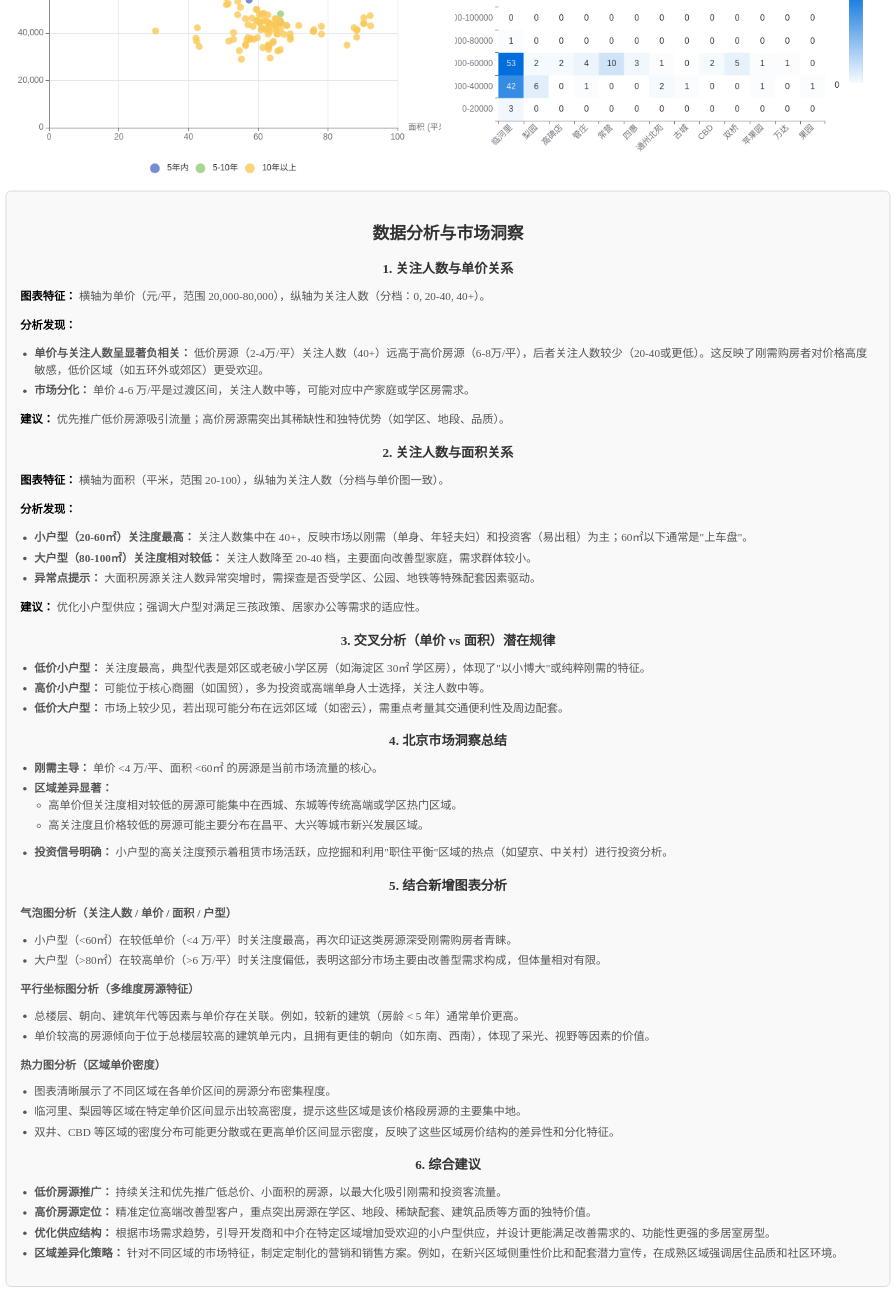
Repository: sakimi-9/DPV-SHP_BeiJing
Page: / (app in py_crawler/rendering/)
These files come from the project's save history. The page is drawn as it stood at one moment and after the next save; the edit follows.
The browser window is 1280 px wide. The pictures show the part of the page from y = 2239 to 4159 px (the page is 4097 px tall before and 4159 px after), at 70% of full size.
The project was rebuilt for these pictures with package versions that can differ from the ones it lists, and the page was loaded fresh each time. Also part of the build but not shown: py_crawler/rendering/vite.config.ts.

Above is the page before, as saved 2025-05-26 08:53:59.

### py_crawler/rendering/index.html
<!DOCTYPE html>
<html lang="en">

<head>
    <meta charset="UTF-8">
    <link rel="icon" href="/favicon.ico">
    <meta name="viewport" content="width=device-width, initial-scale=1.0">
    <title>二手房数据可视化</title>
</head>

<body>
    <div id="app"></div>
    <script type="module" src="/src/main.ts"></script>
</body>

</html>

### py_crawler/rendering/src/App.vue
<template>
  <div>
    <h1 style="text-align: center;">二手房数据可视化</h1>

    <!-- 模式切换 UI -->


    <!-- 2D 图表区域 -->
    <TwoDCharts v-if="currentMode === '2D'" :house-data="houseData" />

    <!-- 数据分析区域 -->
    <div class="data-analysis-container">
      <h2>数据分析与市场洞察</h2>

      <h3>1. 关注人数与单价关系</h3>
      <p><strong>图表特征：</strong> 横轴为单价（元/平，范围 20,000-80,000），纵轴为关注人数（分档：0, 20-40, 40+）。</p>
      <p><strong>分析发现：</strong></p>
      <ul>
        <li><strong>单价与关注人数呈显著负相关：</strong>
          低价房源（2-4万/平）关注人数（40+）远高于高价房源（6-8万/平），后者关注人数较少（20-40或更低）。这反映了刚需购房者对价格高度敏感，低价区域（如五环外或郊区）更受欢迎。</li>
        <li><strong>市场分化：</strong> 单价 4-6 万/平是过渡区间，关注人数中等，可能对应中产家庭或学区房需求。</li>
      </ul>
      <p><strong>建议：</strong> 优先推广低价房源吸引流量；高价房源需突出其稀缺性和独特优势（如学区、地段、品质）。</p>

      <h3>2. 关注人数与面积关系</h3>
      <p><strong>图表特征：</strong> 横轴为面积（平米，范围 20-100），纵轴为关注人数（分档与单价图一致）。</p>
      <p><strong>分析发现：</strong></p>
      <ul>
        <li><strong>小户型（20-60㎡）关注度最高：</strong> 关注人数集中在 40+，反映市场以刚需（单身、年轻夫妇）和投资客（易出租）为主；60㎡以下通常是"上车盘"。</li>
        <li><strong>大户型（80-100㎡）关注度相对较低：</strong> 关注人数降至 20-40 档，主要面向改善型家庭，需求群体较小。</li>
        <li><strong>异常点提示：</strong> 大面积房源关注人数异常突增时，需探查是否受学区、公园、地铁等特殊配套因素驱动。</li>
      </ul>
      <p><strong>建议：</strong> 优化小户型供应；强调大户型对满足三孩政策、居家办公等需求的适应性。</p>

      <h3>3. 交叉分析（单价 vs 面积）潜在规律</h3>
      <ul>
        <li><strong>低价小户型：</strong> 关注度最高，典型代表是郊区或老破小学区房（如海淀区 30㎡ 学区房），体现了"以小博大"或纯粹刚需的特征。</li>
        <li><strong>高价小户型：</strong> 可能位于核心商圈（如国贸），多为投资或高端单身人士选择，关注人数中等。</li>
        <li><strong>低价大户型：</strong> 市场上较少见，若出现可能分布在远郊区域（如密云），需重点考量其交通便利性及周边配套。</li>
      </ul>

      <h3>4. 北京市场洞察总结</h3>
      <ul>
        <li><strong>刚需主导：</strong> 单价 &lt;4 万/平、面积 &lt;60㎡ 的房源是当前市场流量的核心。</li>
        <li><strong>区域差异显著：</strong>
          <ul>
            <li>高单价但关注度相对较低的房源可能集中在西城、东城等传统高端或学区热门区域。</li>
            <li>高关注度且价格较低的房源可能主要分布在昌平、大兴等城市新兴发展区域。</li>
          </ul>
        </li>
        <li><strong>投资信号明确：</strong> 小户型的高关注度预示着租赁市场活跃，应挖掘和利用"职住平衡"区域的热点（如望京、中关村）进行投资分析。</li>
      </ul>

      <h3>5. 结合新增图表分析</h3>
      <h4>气泡图分析（关注人数 / 单价 / 面积 / 户型）</h4>
      <ul>
        <li>小户型（&lt;60㎡）在较低单价（&lt;4 万/平）时关注度最高，再次印证这类房源深受刚需购房者青睐。</li>
        <li>大户型（&gt;80㎡）在较高单价（&gt;6 万/平）时关注度偏低，表明这部分市场主要由改善型需求构成，但体量相对有限。</li>
      </ul>

      <h4>平行坐标图分析（多维度房源特征）</h4>
      <ul>
        <li>总楼层、朝向、建筑年代等因素与单价存在关联。例如，较新的建筑（房龄 &lt; 5 年）通常单价更高。</li>
        <li>单价较高的房源倾向于位于总楼层较高的建筑单元内，且拥有更佳的朝向（如东南、西南），体现了采光、视野等因素的价值。</li>
      </ul>

      <h4>热力图分析（区域单价密度）</h4>
      <ul>
        <li>图表清晰展示了不同区域在各单价区间的房源分布密集程度。</li>
        <li>临河里、梨园等区域在特定单价区间显示出较高密度，提示这些区域是该价格段房源的主要集中地。</li>
        <li>双井、CBD 等区域的密度分布可能更分散或在更高单价区间显示密度，反映了这些区域房价结构的差异性和分化特征。</li>
      </ul>

      <h3>6. 综合建议</h3>
      <ul>
        <li><strong>低价房源推广：</strong> 持续关注和优先推广低总价、小面积的房源，以最大化吸引刚需和投资客流量。</li>
        <li><strong>高价房源定位：</strong> 精准定位高端改善型客户，重点突出房源在学区、地段、稀缺配套、建筑品质等方面的独特价值。</li>
        <li><strong>优化供应结构：</strong> 根据市场需求趋势，引导开发商和中介在特定区域增加受欢迎的小户型供应，并设计更能满足改善需求的、功能性更强的多居室房型。</li>
        <li><strong>区域差异化策略：</strong> 针对不同区域的市场特征，制定定制化的营销和销售方案。例如，在新兴区域侧重性价比和配套潜力宣传，在成熟区域强调居住品质和社区环境。</li>
      </ul>

    </div>
  </div>
</template>

<script setup lang="ts">
import { ref, onMounted } from 'vue';

// 导入新组件
import TwoDCharts from './components/TwoDCharts.vue';

// 定义解析后的房源数据接口 (保留接口定义，添加经纬度)
interface ParsedHouse {
  房源标题: string;
  室: number | null;
  厅: number | null;
  面积: number | null; // 平米
  朝向: string | null;
  装修: string | null;
  楼层信息: string | null; // 例如 "中楼层"
  总楼层: number | null;
  建筑年份: number | null; // 例如 2012
  建筑类型: string | null; // 例如 "板塔结合"
  小区名称: string | null;
  所在区域: string | null; // 例如 "临河里"
  单价: number | null; // 元/平
  关注人数: number | null;
  发布时间: string | null; // 例如 "2个月以前发布"
  标签: string[];
  // 添加经纬度信息
  location?: { lng: number; lat: number };
}

// 数据解析函数 (修改：查找并添加经纬度)
function parseHouseData(rawData: any[]): ParsedHouse[] {
  const parsedData: ParsedHouse[] = [];

  rawData.forEach(item => {
    const parsedItem: ParsedHouse = {
      房源标题: item['房源'] || '',
      室: null,
      厅: null,
      面积: null,
      朝向: null,
      装修: null,
      楼层信息: null,
      总楼层: null,
      建筑年份: null,
      建筑类型: null,
      小区名称: null,
      所在区域: null,
      单价: null,
      关注人数: null,
      发布时间: item['关注人数和发布时间'] ? item['关注人数和发布时间'].split(' / ')[1]?.trim() || null : null,
      标签: item['标签'] ? item['标签'].split(' ').filter((tag: string) => tag.trim() !== '') : [],
    };

    const houseInfoParts = item['房子信息'] ? item['房子信息'].split(' | ').map((part: string) => part.trim()) : [];
    houseInfoParts.forEach((part: string) => {
      if (part.includes('室') && part.includes('厅')) {
        const match = part.match(/(\d+)室(\d+)厅/);
        if (match) {
          parsedItem.室 = parseInt(match[1], 10);
          parsedItem.厅 = parseInt(match[2], 10);
        }
      } else if (part.includes('平米')) {
        const match = part.match(/([\d\.]+)平米/);
        if (match) {
          parsedItem.面积 = parseFloat(match[1]);
        }
      } else if (part.includes('层') && part.includes('共')) {
        const match = part.match(/(.+)\(共(\d+)层\)/);
        if (match) {
          parsedItem.楼层信息 = match[1].trim();
          parsedItem.总楼层 = parseInt(match[2], 10);
        } else {
          const totalFloorsMatch = part.match(/(\d+)层/);
          if (totalFloorsMatch) {
            parsedItem.总楼层 = parseInt(totalFloorsMatch[1], 10);
          }
        }
      } else if (part.match(/\d{4}年/)) {
        parsedItem.建筑年份 = parseInt(part, 10);
      } else if (part === '板楼' || part === '塔楼' || part === '板塔结合') {
        parsedItem.建筑类型 = part;
      } else if (['东', '南', '西', '北', '东南', '东北', '西南', '西北'].some(dir => part.includes(dir))) {
        parsedItem.朝向 = part;
      } else if (['毛坯', '简装', '精装', '其他'].some(dec => part.includes(dec))) {
        parsedItem.装修 = part;
      }
    });

    const areaParts = item['所在区域'] ? item['所在区域'].split('  ').map((part: string) => part.trim()) : [];
    if (areaParts.length > 0) {
      parsedItem.小区名称 = areaParts[0];
      if (areaParts.length > 1) {
        parsedItem.所在区域 = areaParts[1];
      }
    }

    const priceMatch = item['单价'] ? item['单价'].replace(',', '').match(/([\d\.]+)元\/平/) : null;
    if (priceMatch) {
      parsedItem.单价 = parseFloat(priceMatch[1]);
    }

    const followTimeParts = item['关注人数和发布时间'] ? item['关注人数和发布时间'].split(' / ').map((part: string) => part.trim()) : [];
    if (followTimeParts.length > 0) {
      const followMatch = followTimeParts[0].match(/(\d+)人关注/);
      if (followMatch) {
        parsedItem.关注人数 = parseInt(followMatch[1], 10);
      }
    }

    parsedData.push(parsedItem);
  });

  return parsedData; // Return all parsed data
}

// Define a ref to store the parsed data
const houseData = ref<ParsedHouse[] | null>(null);

// 定义当前模式状态
const currentMode = ref<'2D'>('2D'); // Only 2D mode is available now

// 数据加载逻辑 (修改：先加载经纬度，再加载房源数据)
onMounted(async () => {
  try {
    const response = await fetch('/house_data.json');
    if (!response.ok) {
      throw new Error(`HTTP error! status: ${response.status}`);
    }
    const rawHouseData = await response.json();
    // 解析房源数据时传入经纬度 Map
    houseData.value = parseHouseData(rawHouseData);

    console.log('解析后的数据并存储:', houseData.value);

  } catch (error) {
    console.error('Error loading or processing data:', error);
  }
});

// 显式导出响应式变量 (可能有助于类型检查)
// export { houseData, currentMode };

</script>

<style scoped>
/* Add any specific styles for the 3D visualization container if needed */
/* Only retain App.vue's own styles */
div {
  margin-bottom: 20px;
}

button {
  margin-right: 10px;
}

/* Add styles for the data analysis container */
.data-analysis-container {
  border: 1px solid #ccc;
  /* Add a border */
  padding: 20px;
  /* Add padding inside the box */
  margin-top: 20px;
  /* Add some space above the box */
  background-color: #f9f9f9;
  /* Add a light background color */
  border-radius: 8px;
  /* Rounded corners */
}

.data-analysis-container h2,
.data-analysis-container h3 {
  text-align: center;
  /* Center the titles within the box */
  color: #333;
  /* Darker color for titles */
  margin-bottom: 15px;
  /* Add space below titles */
}

.data-analysis-container h4 {
  margin-top: 15px;
  /* Space above h4 */
  margin-bottom: 10px;
  /* Space below h4 */
  color: #555;
  /* Slightly lighter color for h4 */
}

.data-analysis-container p {
  line-height: 1.6;
  /* Improve readability with more line spacing */
  color: #555;
  /* Slightly lighter color for text */
  margin-bottom: 10px;
  /* Adjust space between paragraphs */
}

.data-analysis-container ul {
  margin-bottom: 15px;
  /* Space below lists */
  padding-left: 20px;
  /* Indent list items */
}

.data-analysis-container ul li {
  margin-bottom: 5px;
  /* Space between list items */
  line-height: 1.5;
  /* Line spacing for list items */
  color: #555;
}


.data-analysis-container p strong {
  color: #000;
  /* Make strong text black */
}

/* Remove styles migrated to TwoDCharts.vue */
/* Keep only App.vue specific styles */

/* Example styles for layout if needed, adjust based on your structure */
/*
.container {
    max-width: 960px;
    margin: 0 auto;
    padding: 20px;
}
*/
</style>

Loaded but not shown: py_crawler/rendering/src/main.ts (common file); py_crawler/rendering/public/house_data.json (1138 lines, source omitted); py_crawler/rendering/src/components/TwoDCharts.vue (875 lines, source omitted)

After the next save:
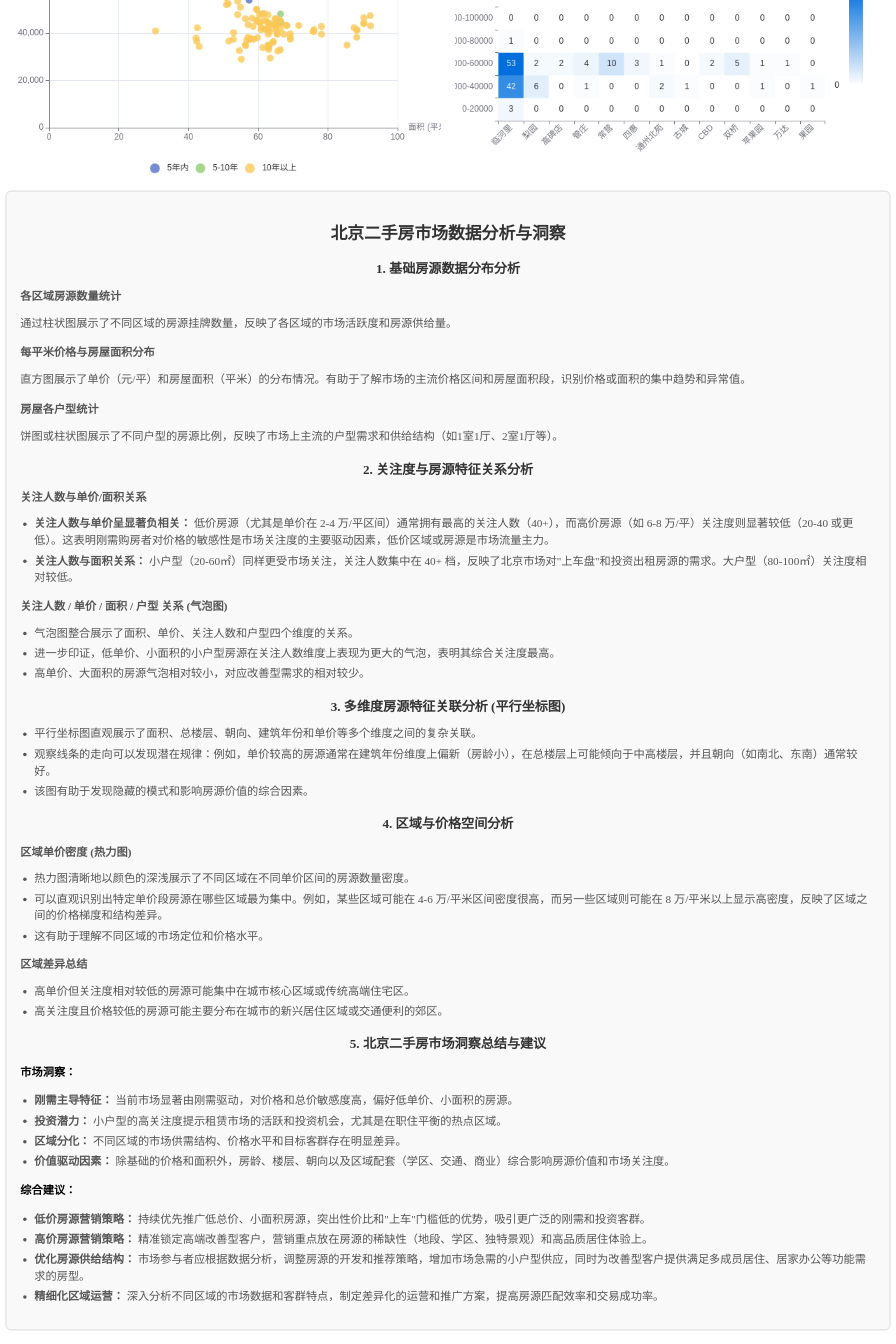
Saved 2 min 28 s later.
--- a/py_crawler/rendering/src/App.vue
+++ b/py_crawler/rendering/src/App.vue
@@ -10,75 +10,66 @@
 
     <!-- 数据分析区域 -->
     <div class="data-analysis-container">
-      <h2>数据分析与市场洞察</h2>
-
-      <h3>1. 关注人数与单价关系</h3>
-      <p><strong>图表特征：</strong> 横轴为单价（元/平，范围 20,000-80,000），纵轴为关注人数（分档：0, 20-40, 40+）。</p>
-      <p><strong>分析发现：</strong></p>
-      <ul>
-        <li><strong>单价与关注人数呈显著负相关：</strong>
-          低价房源（2-4万/平）关注人数（40+）远高于高价房源（6-8万/平），后者关注人数较少（20-40或更低）。这反映了刚需购房者对价格高度敏感，低价区域（如五环外或郊区）更受欢迎。</li>
-        <li><strong>市场分化：</strong> 单价 4-6 万/平是过渡区间，关注人数中等，可能对应中产家庭或学区房需求。</li>
-      </ul>
-      <p><strong>建议：</strong> 优先推广低价房源吸引流量；高价房源需突出其稀缺性和独特优势（如学区、地段、品质）。</p>
-
-      <h3>2. 关注人数与面积关系</h3>
-      <p><strong>图表特征：</strong> 横轴为面积（平米，范围 20-100），纵轴为关注人数（分档与单价图一致）。</p>
-      <p><strong>分析发现：</strong></p>
-      <ul>
-        <li><strong>小户型（20-60㎡）关注度最高：</strong> 关注人数集中在 40+，反映市场以刚需（单身、年轻夫妇）和投资客（易出租）为主；60㎡以下通常是"上车盘"。</li>
-        <li><strong>大户型（80-100㎡）关注度相对较低：</strong> 关注人数降至 20-40 档，主要面向改善型家庭，需求群体较小。</li>
-        <li><strong>异常点提示：</strong> 大面积房源关注人数异常突增时，需探查是否受学区、公园、地铁等特殊配套因素驱动。</li>
-      </ul>
-      <p><strong>建议：</strong> 优化小户型供应；强调大户型对满足三孩政策、居家办公等需求的适应性。</p>
-
-      <h3>3. 交叉分析（单价 vs 面积）潜在规律</h3>
-      <ul>
-        <li><strong>低价小户型：</strong> 关注度最高，典型代表是郊区或老破小学区房（如海淀区 30㎡ 学区房），体现了"以小博大"或纯粹刚需的特征。</li>
-        <li><strong>高价小户型：</strong> 可能位于核心商圈（如国贸），多为投资或高端单身人士选择，关注人数中等。</li>
-        <li><strong>低价大户型：</strong> 市场上较少见，若出现可能分布在远郊区域（如密云），需重点考量其交通便利性及周边配套。</li>
-      </ul>
-
-      <h3>4. 北京市场洞察总结</h3>
-      <ul>
-        <li><strong>刚需主导：</strong> 单价 &lt;4 万/平、面积 &lt;60㎡ 的房源是当前市场流量的核心。</li>
-        <li><strong>区域差异显著：</strong>
-          <ul>
-            <li>高单价但关注度相对较低的房源可能集中在西城、东城等传统高端或学区热门区域。</li>
-            <li>高关注度且价格较低的房源可能主要分布在昌平、大兴等城市新兴发展区域。</li>
-          </ul>
+      <h2>北京二手房市场数据分析与洞察</h2>
+
+      <h3>1. 基础房源数据分布分析</h3>
+      <h4>各区域房源数量统计</h4>
+      <p>通过柱状图展示了不同区域的房源挂牌数量，反映了各区域的市场活跃度和房源供给量。</p>
+      <h4>每平米价格与房屋面积分布</h4>
+      <p>直方图展示了单价（元/平）和房屋面积（平米）的分布情况。有助于了解市场的主流价格区间和房屋面积段，识别价格或面积的集中趋势和异常值。</p>
+      <h4>房屋各户型统计</h4>
+      <p>饼图或柱状图展示了不同户型的房源比例，反映了市场上主流的户型需求和供给结构（如1室1厅、2室1厅等）。</p>
+
+      <h3>2. 关注度与房源特征关系分析</h3>
+      <h4>关注人数与单价/面积关系</h4>
+      <ul>
+        <li><strong>关注人数与单价呈显著负相关：</strong> 低价房源（尤其是单价在 2-4 万/平区间）通常拥有最高的关注人数（40+），而高价房源（如 6-8 万/平）关注度则显著较低（20-40
+          或更低）。这表明刚需购房者对价格的敏感性是市场关注度的主要驱动因素，低价区域或房源是市场流量主力。</li>
+        <li><strong>关注人数与面积关系：</strong> 小户型（20-60㎡）同样更受市场关注，关注人数集中在 40+ 档，反映了北京市场对"上车盘"和投资出租房源的需求。大户型（80-100㎡）关注度相对较低。
         </li>
-        <li><strong>投资信号明确：</strong> 小户型的高关注度预示着租赁市场活跃，应挖掘和利用"职住平衡"区域的热点（如望京、中关村）进行投资分析。</li>
-      </ul>
-
-      <h3>5. 结合新增图表分析</h3>
-      <h4>气泡图分析（关注人数 / 单价 / 面积 / 户型）</h4>
-      <ul>
-        <li>小户型（&lt;60㎡）在较低单价（&lt;4 万/平）时关注度最高，再次印证这类房源深受刚需购房者青睐。</li>
-        <li>大户型（&gt;80㎡）在较高单价（&gt;6 万/平）时关注度偏低，表明这部分市场主要由改善型需求构成，但体量相对有限。</li>
-      </ul>
-
-      <h4>平行坐标图分析（多维度房源特征）</h4>
-      <ul>
-        <li>总楼层、朝向、建筑年代等因素与单价存在关联。例如，较新的建筑（房龄 &lt; 5 年）通常单价更高。</li>
-        <li>单价较高的房源倾向于位于总楼层较高的建筑单元内，且拥有更佳的朝向（如东南、西南），体现了采光、视野等因素的价值。</li>
-      </ul>
-
-      <h4>热力图分析（区域单价密度）</h4>
-      <ul>
-        <li>图表清晰展示了不同区域在各单价区间的房源分布密集程度。</li>
-        <li>临河里、梨园等区域在特定单价区间显示出较高密度，提示这些区域是该价格段房源的主要集中地。</li>
-        <li>双井、CBD 等区域的密度分布可能更分散或在更高单价区间显示密度，反映了这些区域房价结构的差异性和分化特征。</li>
-      </ul>
-
-      <h3>6. 综合建议</h3>
-      <ul>
-        <li><strong>低价房源推广：</strong> 持续关注和优先推广低总价、小面积的房源，以最大化吸引刚需和投资客流量。</li>
-        <li><strong>高价房源定位：</strong> 精准定位高端改善型客户，重点突出房源在学区、地段、稀缺配套、建筑品质等方面的独特价值。</li>
-        <li><strong>优化供应结构：</strong> 根据市场需求趋势，引导开发商和中介在特定区域增加受欢迎的小户型供应，并设计更能满足改善需求的、功能性更强的多居室房型。</li>
-        <li><strong>区域差异化策略：</strong> 针对不同区域的市场特征，制定定制化的营销和销售方案。例如，在新兴区域侧重性价比和配套潜力宣传，在成熟区域强调居住品质和社区环境。</li>
-      </ul>
-
+      </ul>
+      <h4>关注人数 / 单价 / 面积 / 户型 关系 (气泡图)</h4>
+      <ul>
+        <li>气泡图整合展示了面积、单价、关注人数和户型四个维度的关系。</li>
+        <li>进一步印证，低单价、小面积的小户型房源在关注人数维度上表现为更大的气泡，表明其综合关注度最高。</li>
+        <li>高单价、大面积的房源气泡相对较小，对应改善型需求的相对较少。</li>
+      </ul>
+
+      <h3>3. 多维度房源特征关联分析 (平行坐标图)</h3>
+      <ul>
+        <li>平行坐标图直观展示了面积、总楼层、朝向、建筑年份和单价等多个维度之间的复杂关联。</li>
+        <li>观察线条的走向可以发现潜在规律：例如，单价较高的房源通常在建筑年份维度上偏新（房龄小），在总楼层上可能倾向于中高楼层，并且朝向（如南北、东南）通常较好。</li>
+        <li>该图有助于发现隐藏的模式和影响房源价值的综合因素。</li>
+      </ul>
+
+      <h3>4. 区域与价格空间分析</h3>
+      <h4>区域单价密度 (热力图)</h4>
+      <ul>
+        <li>热力图清晰地以颜色的深浅展示了不同区域在不同单价区间的房源数量密度。</li>
+        <li>可以直观识别出特定单价段房源在哪些区域最为集中。例如，某些区域可能在 4-6 万/平米区间密度很高，而另一些区域则可能在 8 万/平米以上显示高密度，反映了区域之间的价格梯度和结构差异。</li>
+        <li>这有助于理解不同区域的市场定位和价格水平。</li>
+      </ul>
+      <h4>区域差异总结</h4>
+      <ul>
+        <li>高单价但关注度相对较低的房源可能集中在城市核心区域或传统高端住宅区。</li>
+        <li>高关注度且价格较低的房源可能主要分布在城市的新兴居住区域或交通便利的郊区。</li>
+      </ul>
+
+      <h3>5. 北京二手房市场洞察总结与建议</h3>
+      <p><strong>市场洞察：</strong></p>
+      <ul>
+        <li><strong>刚需主导特征：</strong> 当前市场显著由刚需驱动，对价格和总价敏感度高，偏好低单价、小面积的房源。</li>
+        <li><strong>投资潜力：</strong> 小户型的高关注度提示租赁市场的活跃和投资机会，尤其是在职住平衡的热点区域。</li>
+        <li><strong>区域分化：</strong> 不同区域的市场供需结构、价格水平和目标客群存在明显差异。</li>
+        <li><strong>价值驱动因素：</strong> 除基础的价格和面积外，房龄、楼层、朝向以及区域配套（学区、交通、商业）综合影响房源价值和市场关注度。</li>
+      </ul>
+      <p><strong>综合建议：</strong></p>
+      <ul>
+        <li><strong>低价房源营销策略：</strong> 持续优先推广低总价、小面积房源，突出性价比和"上车"门槛低的优势，吸引更广泛的刚需和投资客群。</li>
+        <li><strong>高价房源营销策略：</strong> 精准锁定高端改善型客户，营销重点放在房源的稀缺性（地段、学区、独特景观）和高品质居住体验上。</li>
+        <li><strong>优化房源供给结构：</strong> 市场参与者应根据数据分析，调整房源的开发和推荐策略，增加市场急需的小户型供应，同时为改善型客户提供满足多成员居住、居家办公等功能需求的房型。</li>
+        <li><strong>精细化区域运营：</strong> 深入分析不同区域的市场数据和客群特点，制定差异化的运营和推广方案，提高房源匹配效率和交易成功率。</li>
+      </ul>
     </div>
   </div>
 </template>
